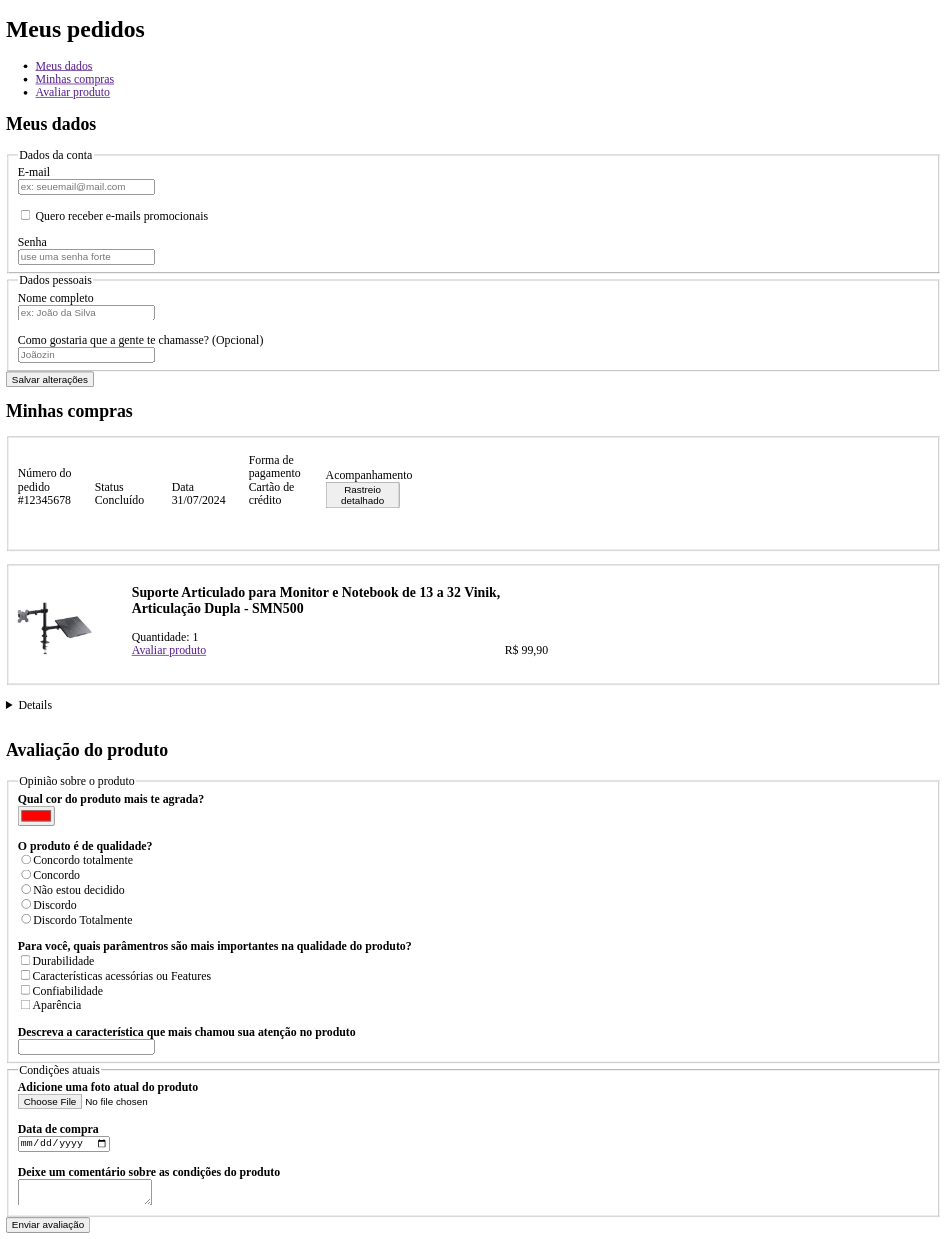
Repository: claudemir-camargo/site-compras
Page: index.html
These files come from the project's save history. The page is drawn as it stood at one moment and after the next save; the edit follows.
The browser window is 1280 px wide. The pictures show the whole page, at 74% of full size.

Above is the page before, as saved 2024-03-04 00:11:07.

### index.html
<!DOCTYPE html>
<html lang="en">

<head>
    <meta charset="UTF-8">
    <meta name="viewport" content="width=device-width, initial-scale=1.0">
    <link rel="stylesheet" type="text/css" href="css/style.css" />
    <title>Site de Compras</title>
</head>

<body>
    <h1>Meus pedidos</h1>
    <ul>
        <li><a href="">Meus dados</a></li>
        <li><a href="">Minhas compras</a></li>
        <li><a href="">Avaliar produto</a></li>
    </ul>
    <h2>Meus dados</h2>
    <!-- Conta -->
    <fieldset>
        <legend>Dados da conta</legend>
        <form>
            <label>E-mail</label><br>
            <input type="email" id="email" name="email" placeholder="ex: seuemail@mail.com"><br><br>
            <input type="checkbox">
            <label>Quero receber e-mails promocionais</label><br><br>
            <label>Senha</label><br>
            <input type="password" placeholder="use uma senha forte">
        </form>
    </fieldset>
    <!-- Pessoais -->
    <fieldset>
        <legend>Dados pessoais</legend>
        <form>
            <label>Nome completo</label><br>
            <input type="text" placeholder="ex: João da Silva"><br><br>
            <label>Como gostaria que a gente te chamasse? (Opcional) </label><br>
            <input type="text" placeholder="Joãozin">
        </form>
    </fieldset>
    <button type="button">Salvar alterações</button>
    <!-- Minhas compras -->
    <h2>Minhas compras</h2>
    <fieldset>
        <div id="div1"><p>Número do pedido<br>#12345678</p></div>
        <div id="div2"><p>Status<br>Concluído</p></div>
        <div id="div3"><p>Data<br>31/07/2024</p></div>
        <div id="div4"><p>Forma de pagamento<br>Cartão de crédito</p></div>
        <div id="div5"><p>Acompanhamento<br><button>Rastreio detalhado</button></p></div>
    </fieldset>
    <!-- Produto -->
    <br>
    <fieldset>
        <div class="imagem"><img src="img/suporte.jpg" alt="Suporte"></div>
        <div class="produto">
            <h3>
                <p>Suporte Articulado para Monitor e Notebook de 13 a 32 Vinik,
                    Articulação Dupla - SMN500</p>
            </h3>
            Quantidade: 1<br>
            <a href="">Avaliar produto</a><br>
        </div>
        R$ 99,90
    </fieldset>
    <br>
    <details tag="Detalhes de Envio e Pagamento">
        <p></p>
        <strong>Endereço de entrega</strong><br>
        Avenida Estelita Falcão<br>
        Número 12, Centro<br>
        CEP 48170-970 - Itapetininga/São Paulo
        <br><br>
        <strong>Forma de Pagamento</strong><br>
        Cartão de crédito<br>
        Master Card **** **** **** 1234<br>
        Titular: Claudemir Camargo
        <br><br>
        <strong>Frete</strong>
        R$ 15,50<br>
        Enviado por GFL<br>
        Entregue
    </details>
    <br>
    <form>
        <h2>Avaliação do produto</h2>
        <fieldset>
            <legend>Opinião sobre o produto</legend>
            <label><strong>Qual cor do produto mais te agrada?</strong></label><br>
            <input type="color" value="#ff0000"><br><br>
            <label><strong>O produto é de qualidade?</strong></label><br>
            <input type="radio" name="qualidade"><label>Concordo totalmente</label><br>
            <input type="radio" name="qualidade"><label>Concordo</label><br>
            <input type="radio" name="qualidade"><label>Não estou decidido</label><br>
            <input type="radio" name="qualidade"><label></label>Discordo</label><br>
            <input type="radio" name="qualidade"><label></label>Discordo Totalmente</label>
            <br><br>
            <label><strong>Para você, quais parâmentros são mais importantes na qualidade do
                    produto?</strong></label><br>
            <input type="checkbox"><label>Durabilidade</label><br>
            <input type="checkbox"><label>Características acessórias ou Features</label><br>
            <input type="checkbox"><label>Confiabilidade</label><br>
            <input type="checkbox"><label>Aparência</label>
            <br><br>
            <label><strong>Descreva a característica que mais chamou sua atenção no produto</strong></label><br>
            <input type="text">
        </fieldset>
        <fieldset>
            <legend>Condições atuais</legend>
            <label><strong>Adicione uma foto atual do produto</strong></label><br>
            <input type="file">
            <br><br>
            <label><strong>Data de compra</strong></label><br>
            <input type="date">
            <br><br>
            <label><strong>Deixe um comentário sobre as condições do produto</strong></label><br>
            <textarea name="comentario"></textarea>
        </fieldset>
        <button type="button">Enviar avaliação</button>
    </form>
</body>

</html>

### css/style.css
img {
    height: 70px;
    width: 100px;
}



#div1, #div2, #div3, #div4, #div5 {
    width: 100px;
    height: 100px;
    display: inline-block;
}

.imagem{
    width: 150px;
    height: 100px;
    display: inline-block;
}

.produto {
    width: 500px;
    height: 100px;
    display: inline-block;
}

After the next save:
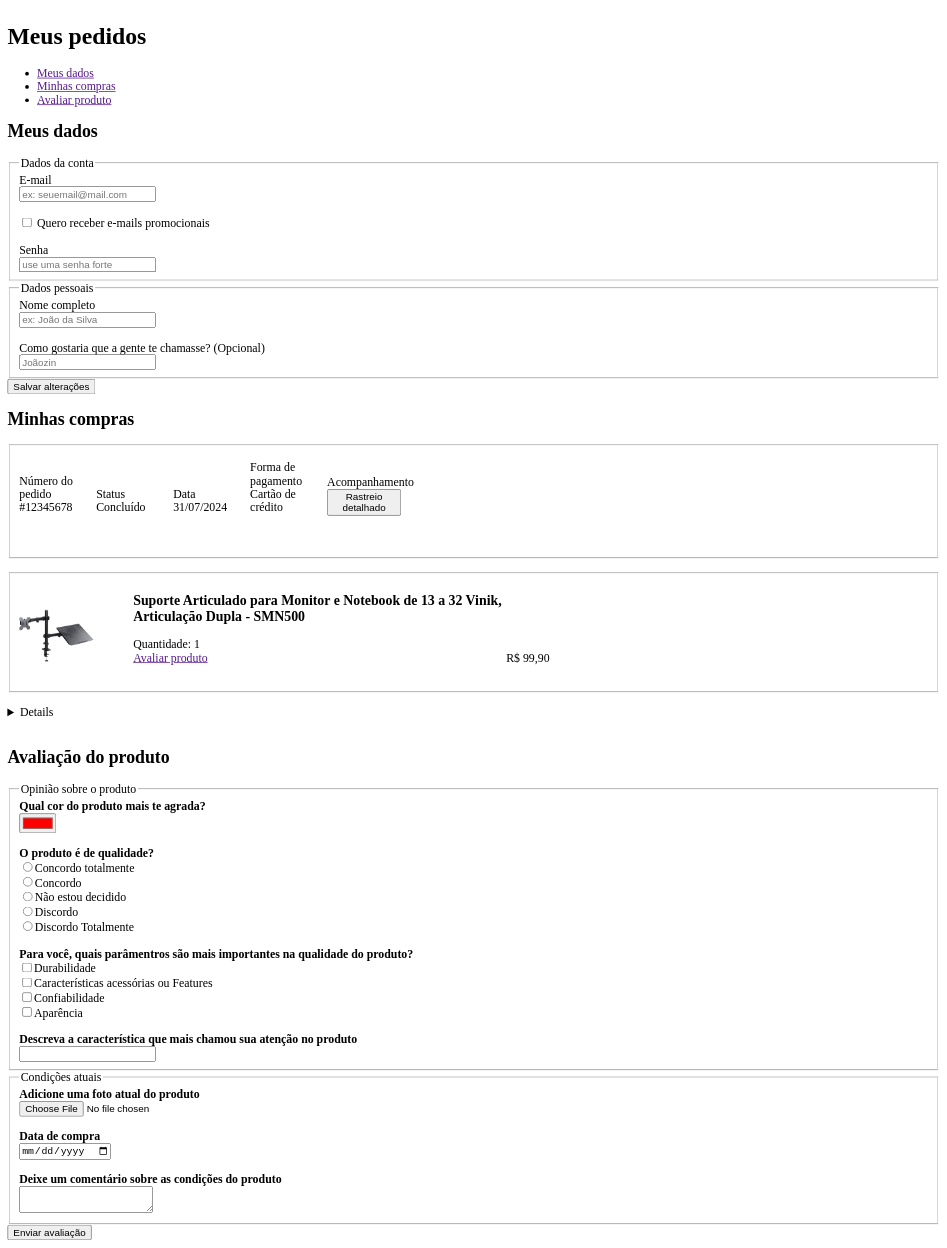
Saved 2 min 15 s later.
--- a/css/style.css
+++ b/css/style.css
@@ -3,7 +3,10 @@ img {
     width: 100px;
 }
 
-
+body{
+    margin: 5px;
+    padding: 5px;
+}
 
 #div1, #div2, #div3, #div4, #div5 {
     width: 100px;
